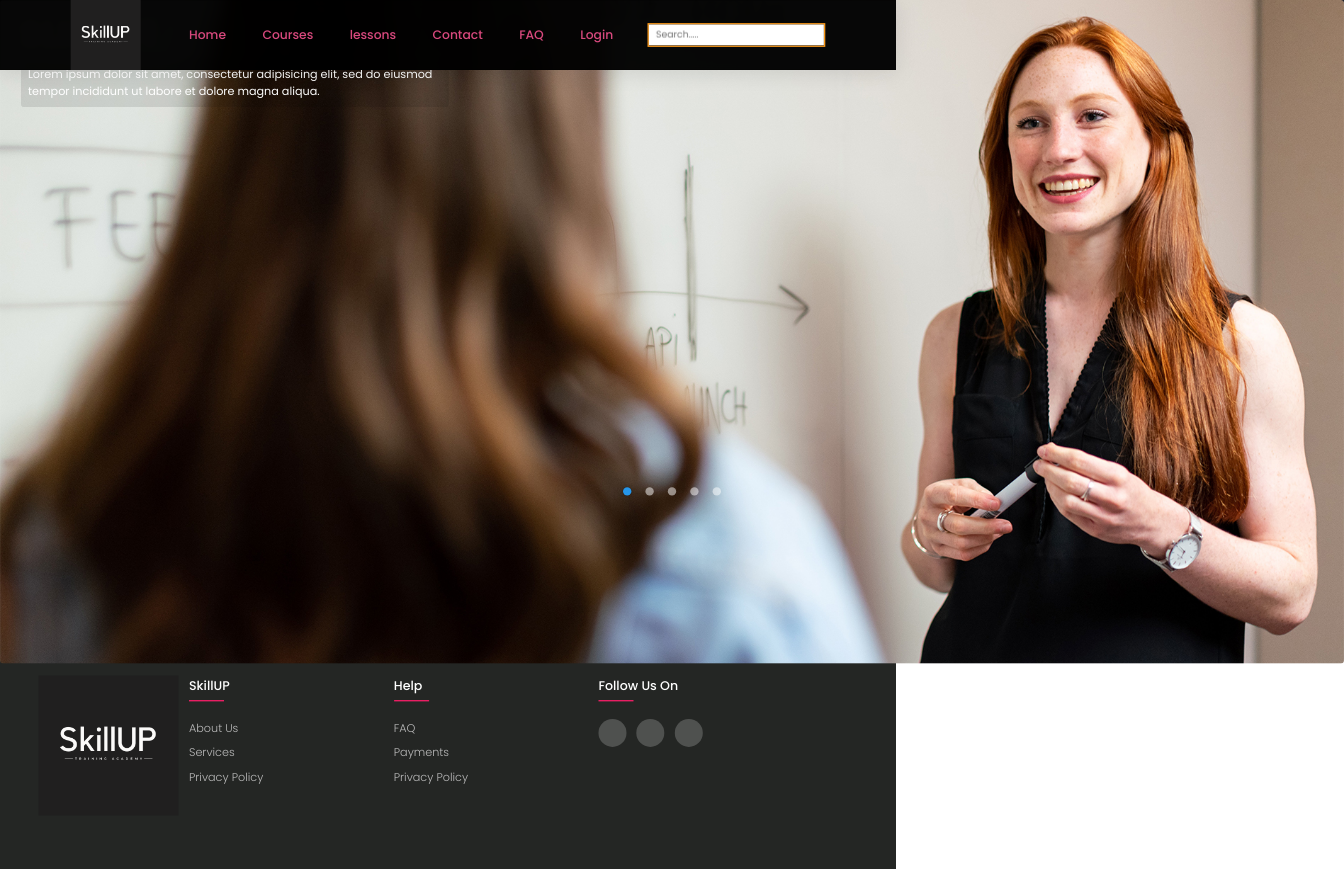
Repository: 2tzz/SkillUp-Academy
Page: home.html
These files come from the project's save history. The page is drawn as it stood at one moment and after the next save; the edit follows.
The browser window is 1280 px wide. The page is 1920 px wide, then 1280 px, so the pictures cover 1920 px, including what lies to the right of the window. The pictures show the whole page, at 70% of full size.
Some web fonts or font styles are not loaded; a fallback is used.

Above is the page before, as saved 2022-10-22 18:17:51.

### home.html
<!DOCTYPE html>
<html lang="en" dir="ltr">
  <head>
    <meta charset="utf-8">
    <title>Website Landing Page | With Loading Effects and Scrolling Effects</title>
    <link rel="stylesheet" href="/CSS/header.css">
    <link rel="stylesheet" href="/CSS/footer.css">
    <link rel="stylesheet" href="/CSS/home.css">
  </head>
  <body>

    <header>
      <a href="#" class="logo" >
        <img src="Img/SkillUP dark.png" width="100px" height="100px" alt="Academy logo"/>
      </a>
      <navbar>
        <a href="#" class="active">Home</a>
        <a href="CourseHome.html">Courses</a>
        <a href="Lessons.html">lessons</a>
        <a href="Contact.html">Contact</a>
        <a href="FAQ.html">FAQ</a>
        <a href="login.html">Login</a>
      </navbar>
      <search_bar>
            <form class="search">
                <input type="text" placeholder="Search....." class="input">
            <button type="submit" class="button">
                <i class="ri-search-2-line"></i>
            </button>
        </form>
      </search_bar>
    </header>

<!-- Carousal -->
    <div class="img-slider">
        <div class="slide active">
          <img src="/Img/CarousalImages/Caro1.jpg" alt="">
          <div class="info">
            <h2>Slide 01</h2>
            <p>Lorem ipsum dolor sit amet, consectetur adipisicing elit, sed do eiusmod tempor incididunt ut labore et dolore magna aliqua.</p>
          </div>
        </div>
        <div class="slide">
          <img src="/Img/CarousalImages/Caro2.jpg" alt="">
          <div class="info">
            <h2>Slide 02</h2>
            <p>Lorem ipsum dolor sit amet, consectetur adipisicing elit, sed do eiusmod tempor incididunt ut labore et dolore magna aliqua.</p>
          </div>
        </div>
        <div class="slide">
          <img src="/Img/CarousalImages/Caro3.jpg" alt="">
          <div class="info">
            <h2>Slide 03</h2>
            <p>Lorem ipsum dolor sit amet, consectetur adipisicing elit, sed do eiusmod tempor incididunt ut labore et dolore magna aliqua.</p>
          </div>
        </div>
        <div class="slide">
          <img src="/Img/CarousalImages/Caro1.jpg" alt="">
          <div class="info">
            <h2>Slide 04</h2>
            <p>Lorem ipsum dolor sit amet, consectetur adipisicing elit, sed do eiusmod tempor incididunt ut labore et dolore magna aliqua.</p>
          </div>
        </div>
        <div class="slide">
          <img src="/Img/CarousalImages/Caro2.jpg" alt="">
          <div class="info">
            <h2>Slide 05</h2>
            <p>Lorem ipsum dolor sit amet, consectetur adipisicing elit, sed do eiusmod tempor incididunt ut labore et dolore magna aliqua.</p>
          </div>
        </div>
        <div class="navigation">
          <div class="btn active"></div>
          <div class="btn"></div>
          <div class="btn"></div>
          <div class="btn"></div>
          <div class="btn"></div>
        </div>
    </div>


    <p class="para1">
        adjafafafafafafafafafafafafafafafafafafafjjjjjjjjjjjjjjjjjjjadjafafafafafafafafafafafafafafafafafafafjjjjjjjjjjjjjjjjjjj
        jjjjjjjjjjjjjjjjjjjjjjjjjjjjjjjjjjjjjjjjjjjjjjjjjjjjjjjjjjjjjadjafafafafafafafafafafafafafafafafafafafjjjjjjjjjjjjjjjjjjj
        jjjjjjjjjjjjjjjjjjjjjjjjjjjjjjjjjjjjjjjjjjjjjjjjjjjjjjjjjjjjjadjafafafafafafafafafafafafafafafafafafafjjjjjjjjjjjjjjjjjjj
        jjjjjjjjjjjjjjjjjjjjjjjjjjjjjjjjjjjjjjjjjjjjjjjjjjjjjjjjjjjjj
        jjjjjjjjjjjjjjjjjjjjjjjjjjjjjjjjjjjjjjjjjjjjjjjjjjjjjjjjjjjjjjjjjjjjjjjjjjjje
        jjjjjjjjjjjjjjjjjjjjjjjjjjjjjjjjjjjjjjjjjjjjjjjjjjjjjjjjjjjjjjjjjjjjjjjjjjjje
        jjjjjjjjjjjjjjjjjjjjjjjjjjjjjjjjjjjjjjjjjjjjjjjjjjjjjjjjjjjjjjjjjjjjjjjjjjjje
        jjjjjjjjjjjjjjjjjjjjjjjjjjjjjjjjjjjjjjjjjjjjjjjjjjjjjjjjjjjjjadjafafafafafafafafafafafafafafafafafafafjjjjjjjjjjjjjjjjjjj
        jjjjjjjjjjjjjjjjjjjjjjjjjjjjjjjjjjjjjjjjjjjjjjjjjjjjjjjjjjjjjadjafafafafafafafafafafafafafafafafafafafjjjjjjjjjjjjjjjjjjj
        jjjjjjjjjjjjjjjjjjjjjjjjjjjjjjjjjjjjjjjjjjjjjjjjjjjjjjjjjjjjj
        jjjjjjjjjjjjjjjjjjjjjjjjjjjjjjjjjjjjjjjjjjjjjjjjjjjjjjjjjjjjjjjjjjjjjjjjjjjje
        jjjjjjjjjjjjjjjjjjjjjjjjjjjjjjjjjjjjjjjjjjjjjjjjjjjjjjjjjjjjjjjjjjjjjjjjjjjje
        jjjjjjjjjjjjjjjjjjjjjjjjjjjjjjjjjjjjjjjjjjjjjjjjjjjjjjjjjjjjjjjjjjjjjjjjjjjje
    </p>


<!-- Footer -->

      <div class="footer">
        <div class="foo_container">
          <div class="foo_row">
            <div>
              <img src="Img/SkillUP dark.png" width="200px" height="200px">
            </div>
            <div class="footer-col">
              <h4>SkillUP</h4>
              <ul>
                <li><a href="#">About us</a></li>
                <li><a href="#">Services</a></li>
                <li><a href="#">Privacy policy</a></li>
              </ul>
            </div>
            <div class="footer-col">
              <h4>Help</h4>
              <ul>
                <li><a href="#">FAQ</a></li>
                <li><a href="#">Payments</a></li>
                <li><a href="#">Privacy policy</a></li>
              </ul>
            </div>
            <div class="footer-col">
              <h4>Follow us on</h4>
              <div class="social-links">
                <a href="#"><i class="fab fa-facebook-f"></i></a>
                <a href="#"><i class="fab fa-Instagram"></i></a>
                <a href="#"><i class="fab fa-Linkedin-in"></i></a>
            </div>
            </div>
          </div>
        </div>
    </footer>
    <script src="/JS/home.js"></script>
  </body>
</html>

### CSS/header.css
*{
    margin: 0;
    padding: 0;
    box-sizing: border-box;
    font-family: "Poppins", sans-serif;
    scroll-behavior: smooth;
  }
header{
    background: rgba(0, 0, 0, 0.97);
    box-shadow: 0 4px 30px rgba(0, 0, 0, 0.1);
    backdrop-filter: blur(5px);
    -webkit-backdrop-filter: blur(5px);
    border: 1px solid rgba(6, 2, 2, 0.3);
    z-index: 999;
    height: 100px;
    position: absolute;
    top: 0;
    left: 0;
    width: 100%;
    padding: 30px 100px;
    display: flex;
    justify-content: space-between;
    align-items: center;
  }

  header .logo{
    padding-top: 12px;
    float: left;
    font-size: 2em;
    text-transform: uppercase;
    font-weight: 800;
    text-decoration: none;
    background: linear-gradient(to right, #d7487e, #ea6360);
    -webkit-background-clip: text;
    -webkit-text-fill-color: transparent;
  }

  header navbar{
    display: flex;
    justify-content: center;
    align-items: center;
  }

  header navbar a{
    color: #d9497e;
    font-size: 1.1em;
    font-weight: 500;
    text-decoration: none;
    margin-left: 20px;
    padding: 5px 16px;
    border-radius: 20px;
    transition: 0.3s;
    transition-property: background, color;
  }

  header navbar a:hover{
    background: linear-gradient(to bottom, #f28a0c, #b6430d);
    color: #fff;
  }

  .home{
    position: relative;
    width: 100%;
    height: 100vh;
    padding: 100px;
    display: flex;
    justify-content: center;
    align-items: center;
    flex-direction: column;
  }

  .home:before{
    content: '';
    z-index: 10;
    position: absolute;
    width: 100%;
    height: 80px;
    background: linear-gradient(to top, #722d59, transparent);
    bottom: 0;
  }


  .home img{
    position: absolute;
    top: 0;
    left: 0;
    width: 100%;
    height: 100%;
    object-fit: cover;
    pointer-events: none;
  }

  /* Search box */
  header search_bar{
      border:rgb(247, 151, 26) 2px solid;
      float: right;
      display: flex;
      justify-content: center;
      align-items: center;
  }
  .search{
      float: right;
      position: relative;
      height: 30px;
      width: 250px;
      background-color: rgb(255, 255, 255);
      backdrop-filter: blur(2rem);
      display: flex;
      justify-content: flex-end;
      border: #a11d1d;
  }
  .search::before{
      content: "";
      position: absolute;
      left: 0;
      bottom: 0;
      width: 100%;
      height: 2px;
      background: #c52520;
      transform: scaleX(0);
      transform-origin: center;
      transform-origin: left;
      transition: transform .25s ;
  }
  .search:focus-within::before{
      transform: scale(1);
  }
  .search input,
  .search button{
      border: none;
      outline: none;
      background-color: transparent;
      color: #8e8e8e;
  }
  .input{
      width: 100%;
      padding: 10px;
  }
  .button{
      display: grid;
      place-items: center;
      width: 50px;
      font-size: 20px;
      cursor: pointer;
      transition: color .25s;
  }
  .button:hover{
      background: #0170f0;
    }


  .logo, navbar,search_bar{
    transform: translateY(-70px);
    transition: 0.8s;
  }

### CSS/footer.css
.foo_container{
    max-width: 1170px;
    margin: auto;
}
.foo_row{
    display: flex;
    flex-wrap: wrap;
}
ul{
    list-style: none;
}
.footer{
    background-color: #242624;
    padding: 70px 0;
}

.footer-col{
    width: 25%;
    padding: 0 15px;
}

.footer-col h4{
    font-size: 18px;
    color: #ffffff;
    text-transform: capitalize;
    margin-bottom: 35px;
    font-weight: 500;
    position: relative;
}

.footer-col h4::before{
    content: '';
    position: absolute;
    left: 0;
    bottom: -10px;
    background-color: #e91e63;
    height: 2px;
    box-sizing: border-box;
    width: 50px;
}

.footer-col ul li:not(:last-child) {
    margin-bottom: 10px;
}

.footer-col ul li a{
    font-size: 16px;
    text-transform: capitalize;
    color: #ffffff;
    text-decoration: none;
    font-weight: 300;
    color: #bbbbbb;
    display: block;
    transition: all 0.3s ease;
}

.footer-col ul li a:hover{
    color: #ffffff;
    padding-left: 8px;
}

.footer-col .social-links a{
    display: inline-block;
    height: 40px;
    width: 40px;
    background-color: rgba(255, 255, 255, 0.2);
    margin: 0 10px 10px 0;
    text-align: center;
    line-height: 40px;
    border-radius: 50%;
    color: #ffffff;
    transition: all 0.5s ease;
}

.footer-col .social-links a:hover{
    color: #24262b;
    background-color: #ffffff;
}

/*responsive*/
@media(max-width: 767px){
    .footer-col{
        width: 50%;
        margin-bottom: 30px;
    }
}

@media(max-width: 574px){
    .footer-col{
        width: 100%;
    }
}

### CSS/home.css
@import url('https://fonts.googleapis.com/css2?family=Poppins:wght@100;200;300;400;500;600;700;800;900&display=swap');
@import url('https://fonts.googleapis.com/css2?family=Kaushan+Script&display=swap');

*{
  margin: 0;
  padding: 0;
  font-family: "Poppins", sans-serif;
  scroll-behavior: smooth;
}
/*
body{
    min-height: 100vh;
    overflow-x: hidden;
    display: block;
    justify-content: center;
    align-items: center;

}
*/


@import url('https://fonts.googleapis.com/css2?family=Poppins:wght@100;200;300;400;500;600;700;800;900&display=swap');
/*
*{
  margin: 0;
  padding: 0;
  box-sizing: border-box;
  font-family: "Poppins", sans-serif;
}
*/


.img-slider{
  position: relative;
  width: 1920px;
  height: 100vh;
  background: #1D212B;
}

.img-slider .slide{
    position: absolute;
  z-index: 1;
  width: 100%;
  clip-path: circle(0% at 0 50%);
}

.img-slider .slide.active{
  clip-path: circle(150% at 0 50%);
  transition: 2s;
  transition-property: clip-path;
}

.img-slider .slide img{
  z-index: 1;
  width: 100%;
  border-radius: 5px;
}

.img-slider .slide .info{
  position: absolute;
  top: 0;
  padding: 15px 30px;
}

.img-slider .slide .info h2{
  color: #fff;
  font-size: 45px;
  text-transform: uppercase;
  font-weight: 800;
  letter-spacing: 2px;
}

.img-slider .slide .info p{
  color: #fff;
  background: rgba(0, 0, 0, 0.1);
  font-size: 16px;
  width: 60%;
  padding: 10px;
  border-radius: 4px;
}

.img-slider .navigation{
  z-index: 2;
  position: absolute;
  display: flex;
  bottom: 2px;
  left: 50%;
  transform: translateX(-50%);
}

.img-slider .navigation .btn{
  background: rgba(255, 255, 255, 0.5);
  width: 12px;
  height: 12px;
  margin: 10px;
  border-radius: 50%;
  cursor: pointer;
}

.img-slider .navigation .btn.active{
  background: #2696E9;
  box-shadow: 0 0 2px rgba(0, 0, 0, 0.5);
}

@media (max-width: 820px){
  .img-slider{
    width: 600px;
    height: 375px;
  }

  .img-slider .slide .info{
    padding: 10px 25px;
  }

  .img-slider .slide .info h2{
    font-size: 35px;
  }

  .img-slider .slide .info p{
    width: 70%;
    font-size: 15px;
  }

  .img-slider .navigation{
    bottom: 25px;
  }

  .img-slider .navigation .btn{
    width: 10px;
    height: 10px;
    margin: 8px;
  }
}

@media (max-width: 620px){
  .img-slider{
    width: 400px;
    height: 250px;
  }

  .img-slider .slide .info{
    padding: 10px 20px;
  }

  .img-slider .slide .info h2{
    font-size: 30px;
  }

  .img-slider .slide .info p{
    width: 80%;
    font-size: 13px;
  }

  .img-slider .navigation{
    bottom: 5px;
  }

  .img-slider .navigation .btn{
    width: 8px;
    height: 8px;
    margin: 6px;
  }
}

@media (max-width: 420px){
  .img-slider{
    width: 320px;
    height: 200px;
  }

  .img-slider .slide .info{
    padding: 5px 10px;
  }

  .img-slider .slide .info h2{
    font-size: 25px;
  }

  .img-slider .slide .info p{
    width: 90%;
    font-size: 11px;
  }

  .img-slider .navigation{
    bottom: 10px;
  }
}
.para1{
    position: relative;
}

### JS/home.js

const logo = document.querySelector(".logo");
const navbar = document.querySelector("navbar");
const search_bar=document.querySelector("search_bar");

//reveal elements on page loading
window.addEventListener("load", () => {
  logo.style.transform = "translateY(0)";
  navbar.style.transform = "translateY(0)";
  search_bar.style.transform ="translateY(0)";
});

 //scrolling effects on website elements
 /*window.addEventListener("scroll", () => {
    const scrollVal = window.scrollY;
  });
*/
var slides = document.querySelectorAll('.slide');
    var btns = document.querySelectorAll('.btn');
    let currentSlide = 1;

    // Javascript for image slider manual navigation
    var manualNav = function(manual){
      slides.forEach((slide) => {
        slide.classList.remove('active');

        btns.forEach((btn) => {
          btn.classList.remove('active');
        });
      });

      slides[manual].classList.add('active');
      btns[manual].classList.add('active');
    }

    btns.forEach((btn, i) => {
      btn.addEventListener("click", () => {
        manualNav(i);
        currentSlide = i;
      });
    });

    // Javascript for image slider autoplay navigation
    var repeat = function(activeClass){
      let active = document.getElementsByClassName('active');
      let i = 1;

      var repeater = () => {
        setTimeout(function(){
          [...active].forEach((activeSlide) => {
            activeSlide.classList.remove('active');
          });

        slides[i].classList.add('active');
        btns[i].classList.add('active');
        i++;

        if(slides.length == i){
          i = 0;
        }
        if(i >= slides.length){
          return;
        }
        repeater();
      }, 10000);
      }
      repeater();
    }
    repeat();

After the next save:
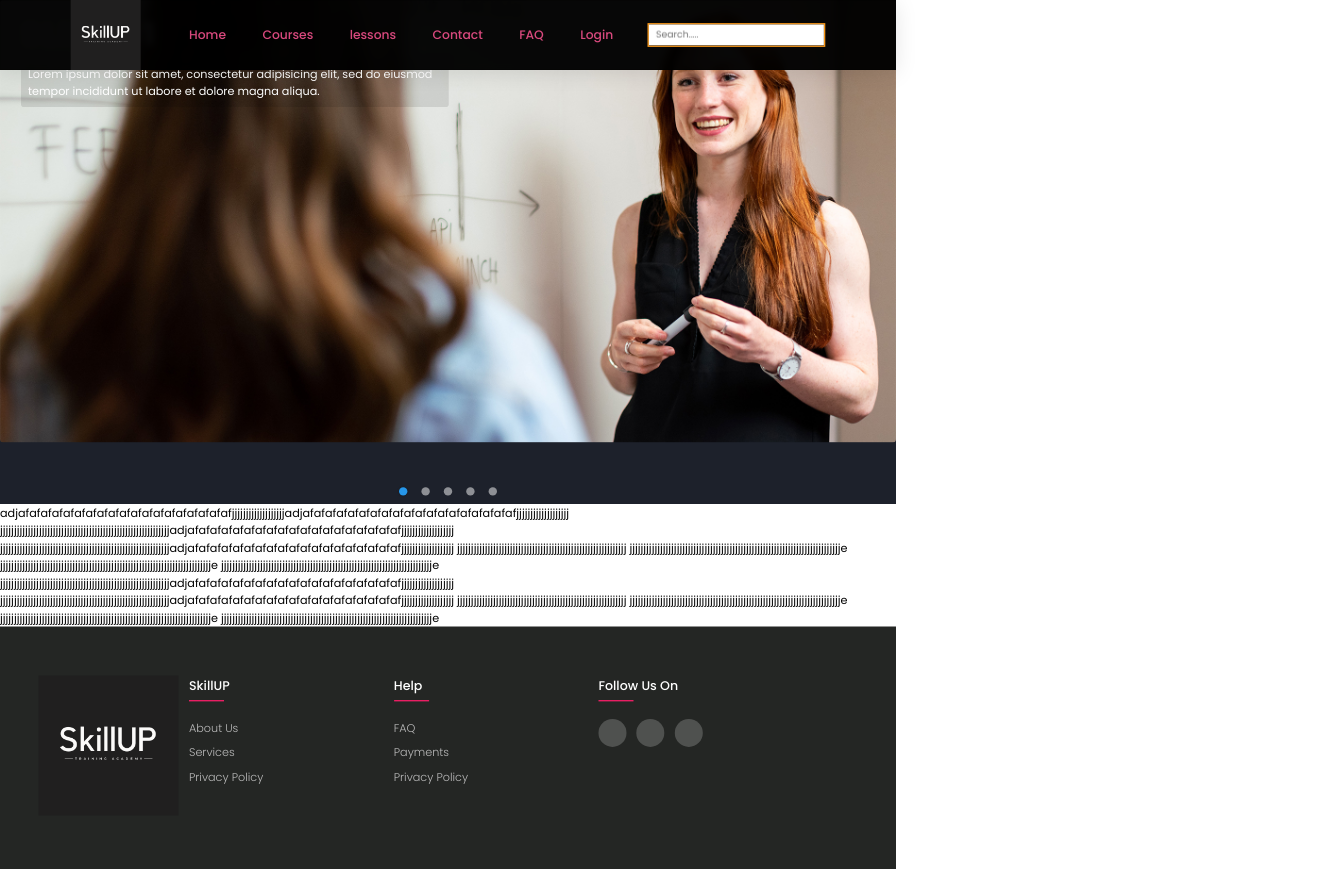
Saved 41 s later.
--- a/CSS/home.css
+++ b/CSS/home.css
@@ -32,7 +32,7 @@ body{
 
 .img-slider{
   position: relative;
-  width: 1920px;
+  width:auto;
   height: 100vh;
   background: #1D212B;
 }
